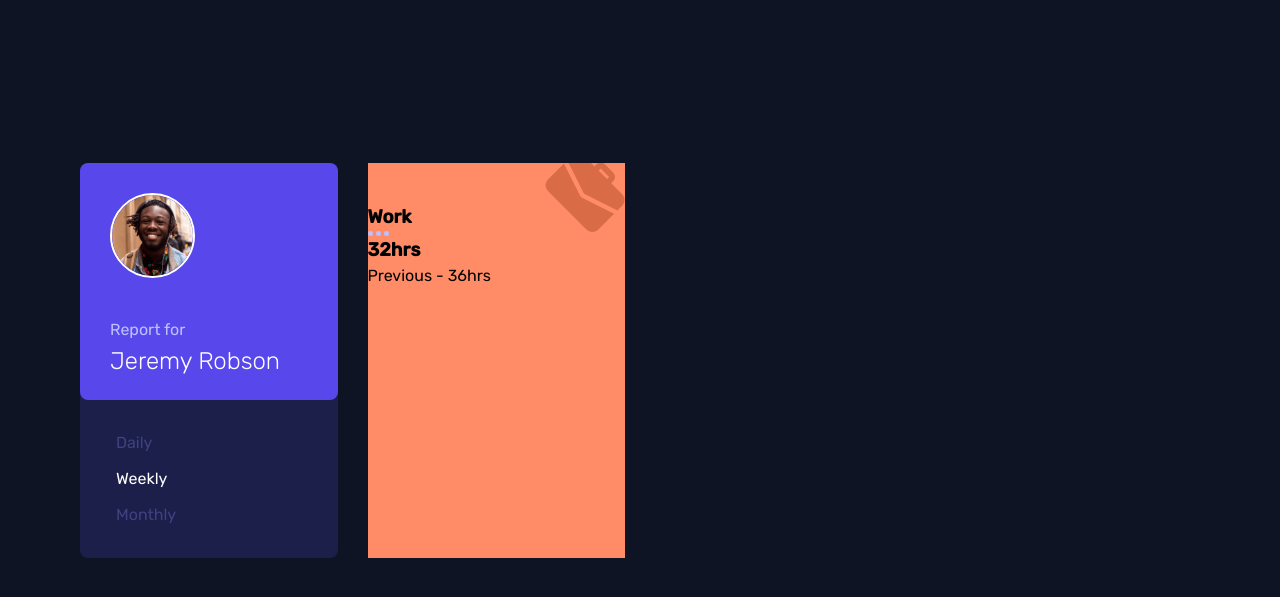
Repository: Akashiii1/WebTimeTracking_Day6
Page: index.html
These files come from the project's save history. The page is drawn as it stood at one moment and after the next save; the edit follows.
The browser window is 1280 px wide. The pictures show the whole page.

Above is the page before, as saved 2021-12-27 00:06:08.

After the next save:
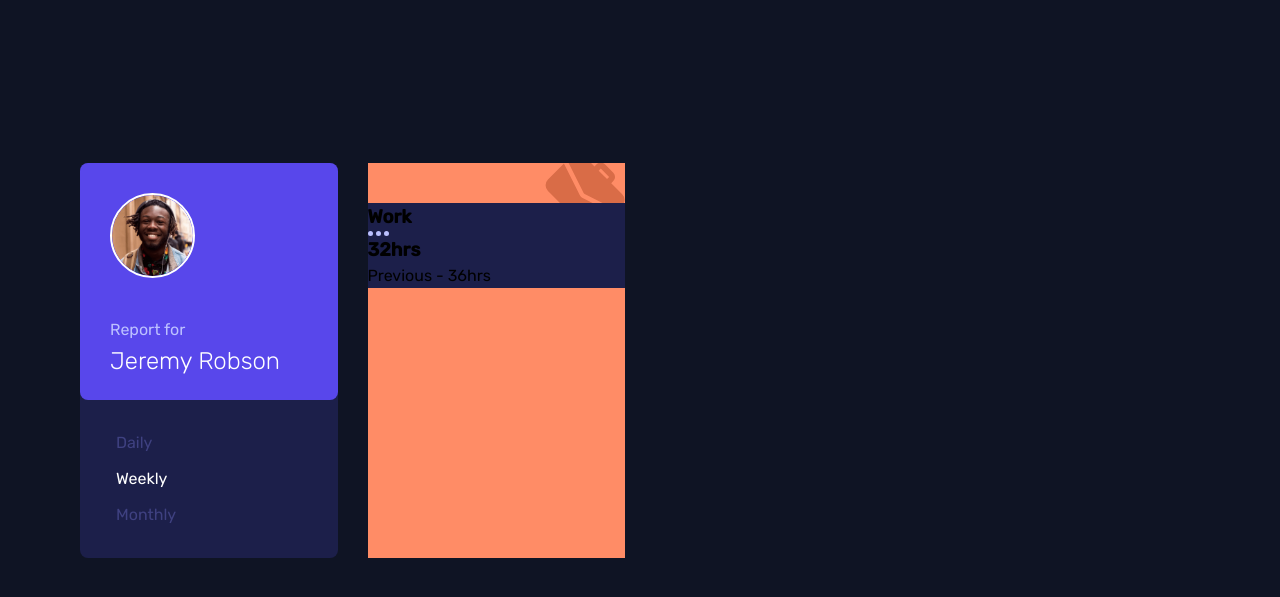
Saved 42 s later.
--- a/style.css
+++ b/style.css
@@ -115,6 +115,9 @@ button{
   background: url(images/icon-work.svg) no-repeat top -10px right/ 80px 80px ,var(--Lightreda);
   padding-top: 40px;
 }
+.content{
+  background-color: var(--Darkblue);
+}
 /* remove animation for people who've turned them off */
 @media (prefers-reduced-motion: reduce) {
   *,
